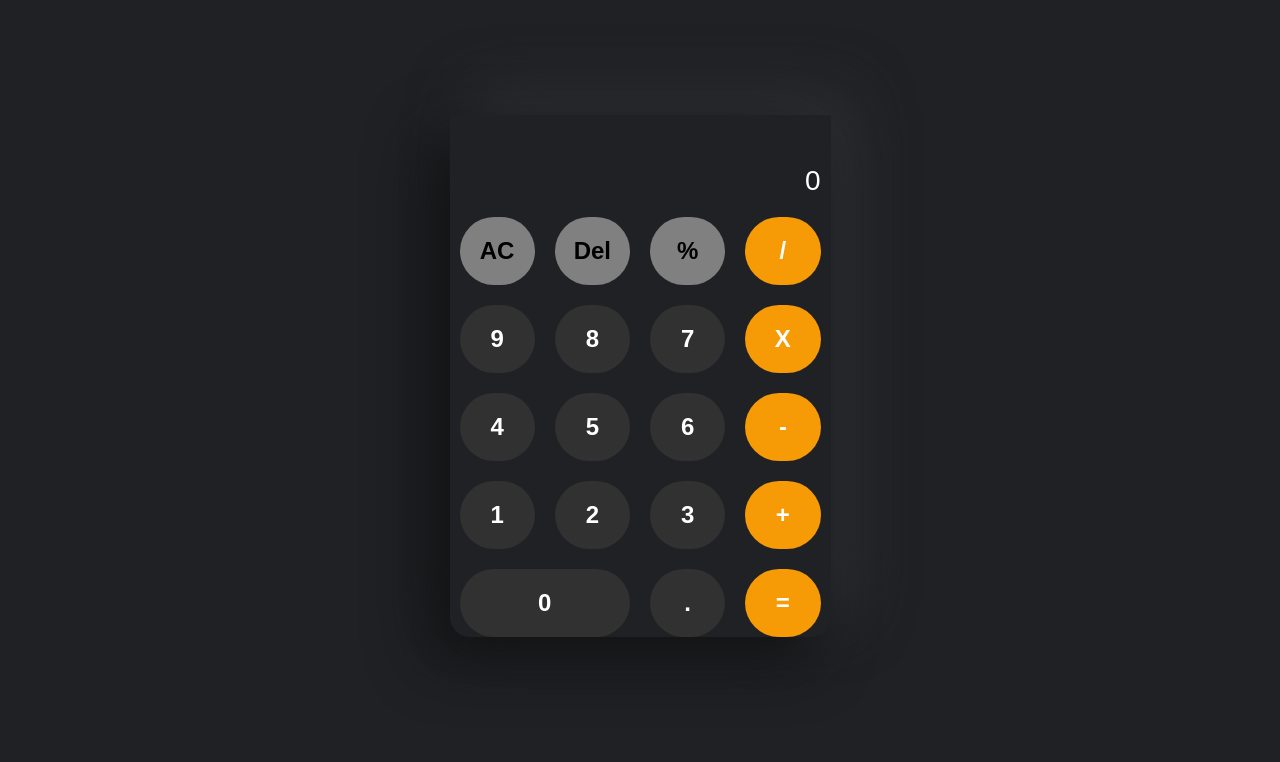
Repository: ble-syn/reactCalculator
Page: /
The author's editor kept a copy of each file at every save. The page is drawn from the files as they stood at one save, then again after the next save.
The browser window is 1280 px wide. The pictures show the whole page.
The project was rebuilt for these pictures with package versions that can differ from the ones it lists, and the page was loaded fresh each time.

Above is the page before, as saved 2022-10-06 22:34:45.

After the next save:
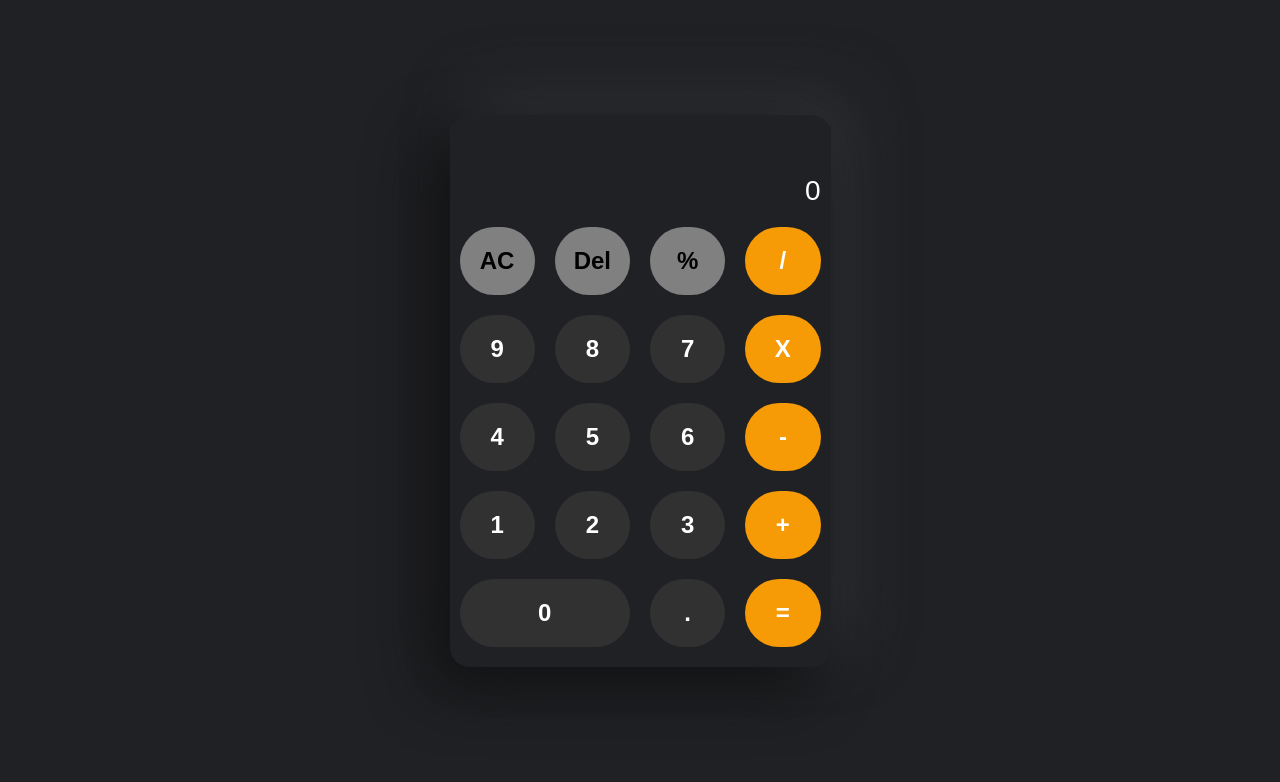
Saved 27 s later.
--- a/src/index.css
+++ b/src/index.css
@@ -15,6 +15,7 @@ body{
 
 }
 .calculator{
+  padding: 10px 0;
   border-radius: 20px;
   background: #202124;
   box-shadow:  -20px 20px 60px #101112,
